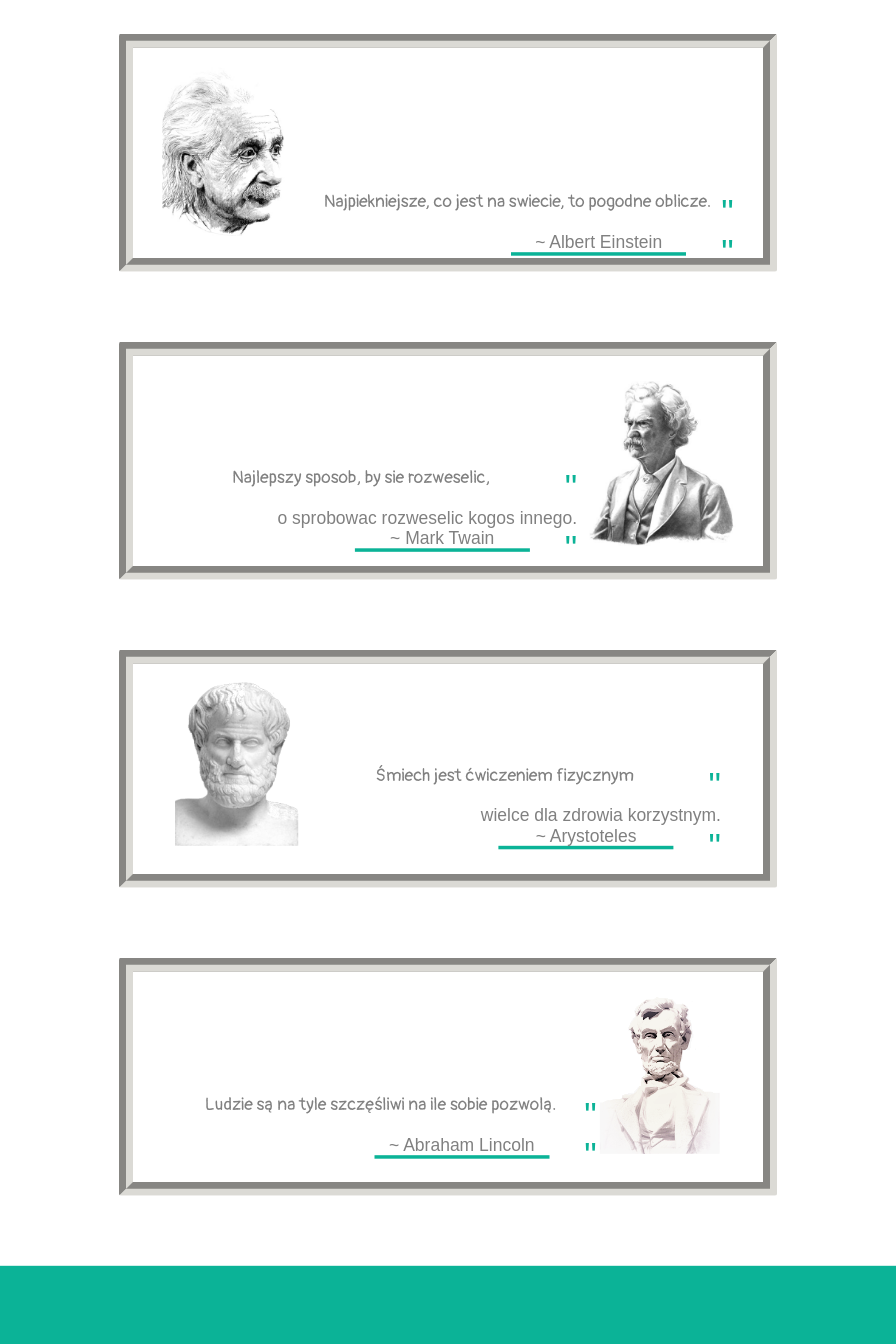
Repository: addstaw/moja-strona
Page: index.html
An editor plug-in stored every save of this project. The page is shown before and after the next save, followed by the edit.
The browser window is 1280 px wide. The pictures show the part of the page from y = 1286 to 3206 px (the page is 3594 px tall), at 70% of full size.
Some web fonts or font styles are not loaded; a fallback is used.

Above is the page before, as saved 2020-05-19 11:09:04.

After the next save:
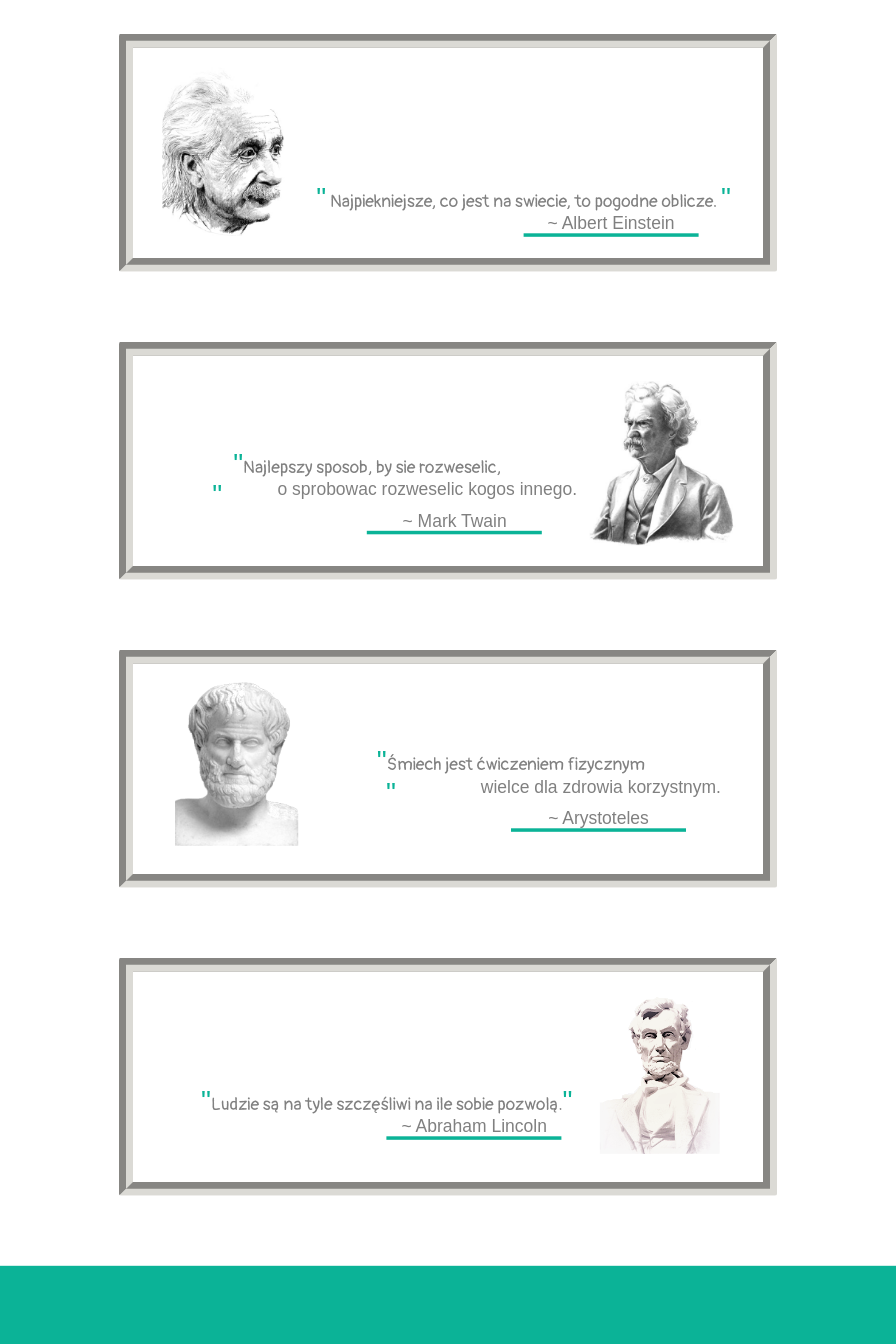
Saved 54 s later.
--- a/css/style7.css
+++ b/css/style7.css
@@ -100,14 +100,11 @@
                 clear: both;
                 display: inline-block;
                 color: #0bb397;
-                font-size: 50px;
-                float: right;
-
+                font-size: 40px;
             }
             .quoteShift{
                 float:right;
                 display: inline-block;
-                clear: both;
             }
         .statue{
             padding-top: 20px;
